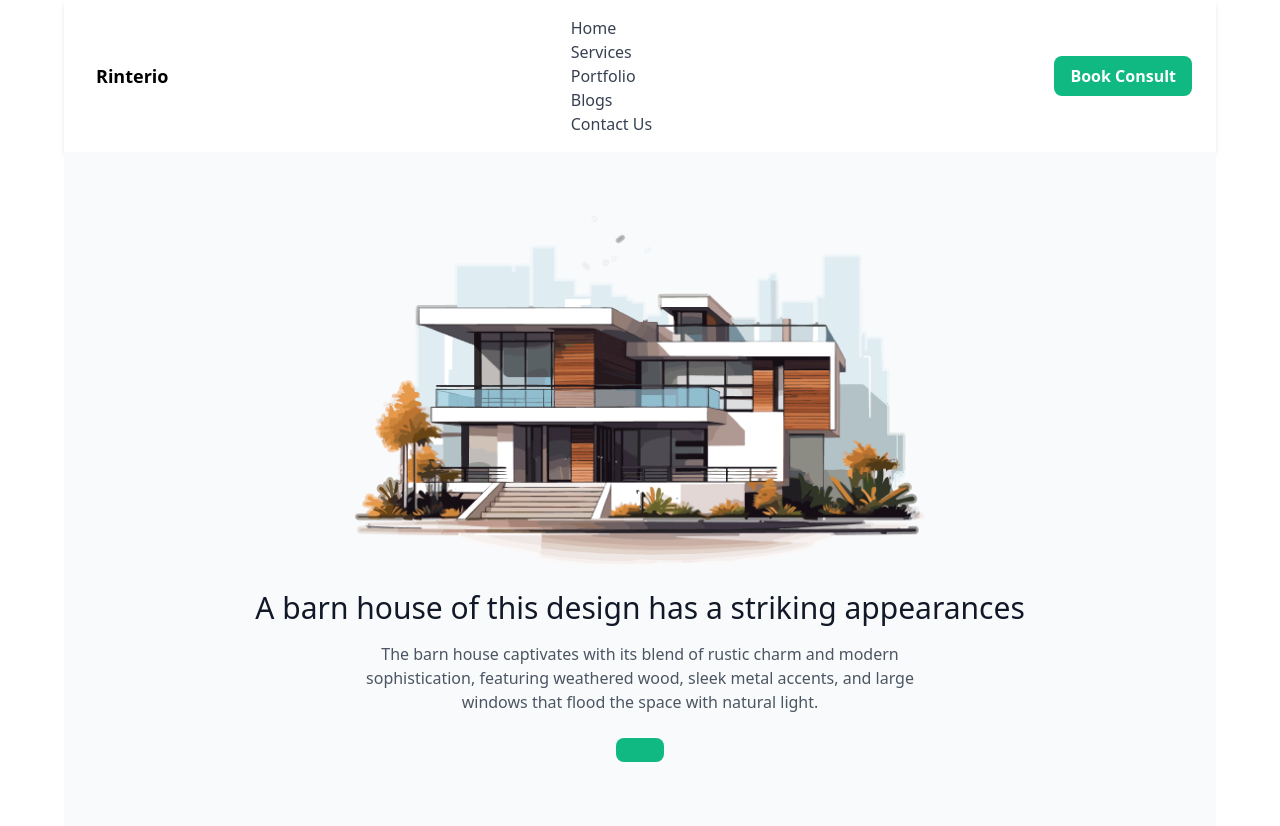
Repository: Aminul-Islam85/Assignment-3
Page: index.html
These files come from the project's save history. The page is drawn as it stood at one moment and after the next save; the edit follows.
The browser window is 1280 px wide. The pictures show the whole page.

Above is the page before, as saved 2024-10-31 13:51:15.

After the next save:
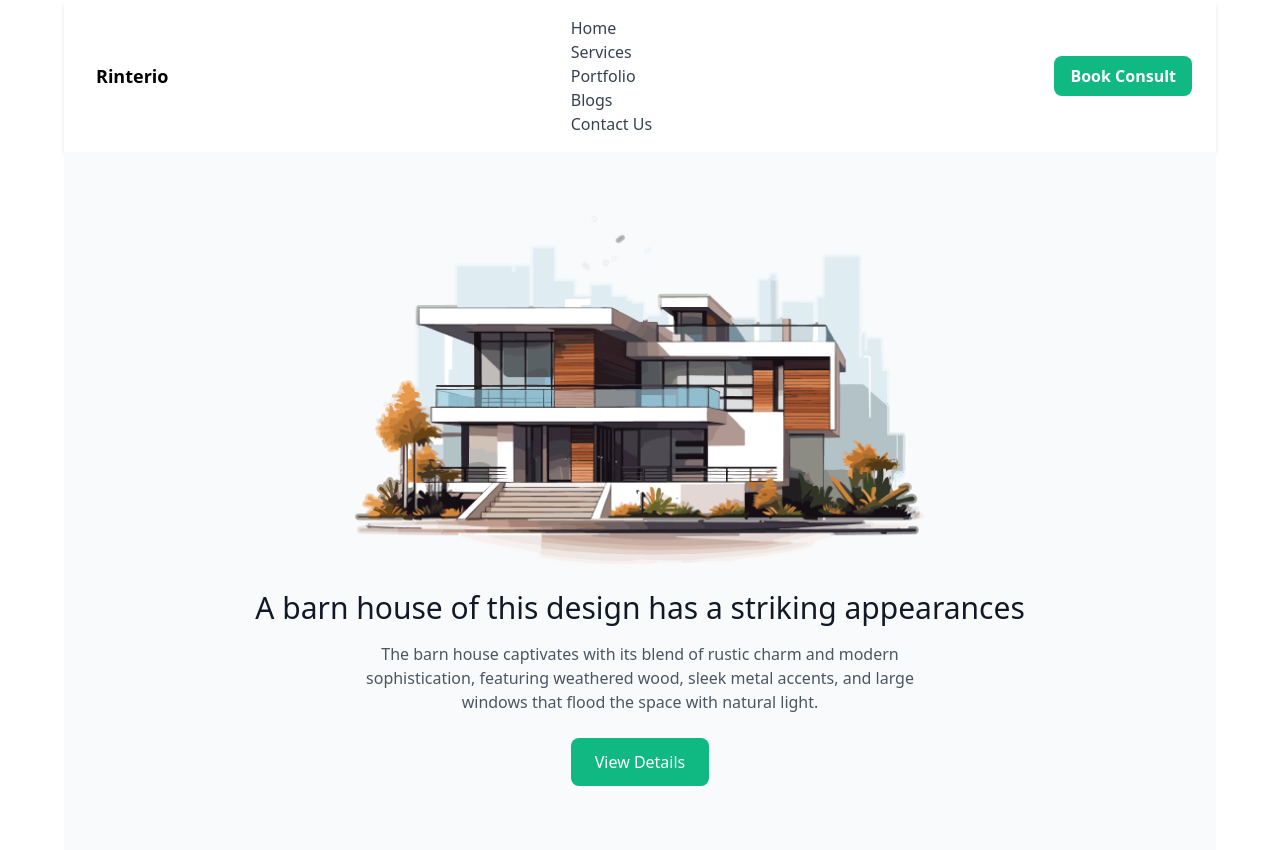
Saved 20 s later.
--- a/index.html
+++ b/index.html
@@ -29,7 +29,7 @@
             <p class="mt-4 text-gray-600 max-w-xl">The barn house captivates with its blend of rustic charm and modern sophistication, featuring weathered wood, sleek metal
                 accents, and large windows that flood the space with natural light.
             </p>
-            <button class="mt-6 px-6 py-3 text-white bg-green-500 rounded-lg font-semi-bold hover:bg-green-600"></button>
+            <button class="mt-6 px-6 py-3 text-white bg-green-500 rounded-lg font-semi-bold hover:bg-green-600">View Details</button>
         </section>
 
 
